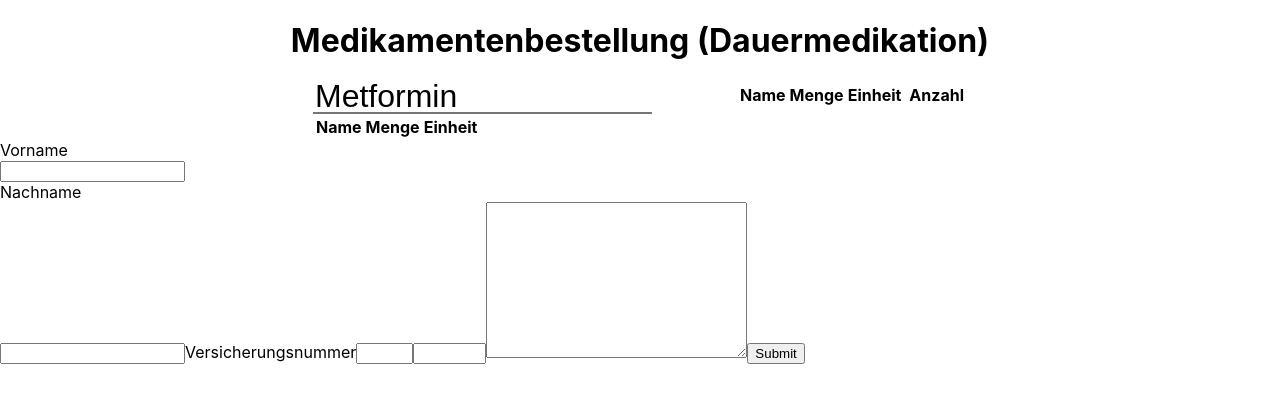
Repository: Esatollah/MedDemo
Page: / (app in client/)
The author's editor kept a copy of each file at every save. The page is drawn from the files as they stood at one save, then again after the next save.
The browser window is 1280 px wide. The pictures show the whole page.
The page's requests for data from a server got no answer. The project was rebuilt for these pictures with package versions that can differ from the ones it lists, and the page was loaded fresh each time. No one was signed in, and anything a server would have sent is missing. Also part of the build but not shown: client/src/App.css, client/src/Routes/Bestellungen.jsx.

Above is the page before, as saved 2022-06-07 15:42:44.

### client/src/App.js
import './App.css';
import SearchBar from './Routes/Search';
import {BrowserRouter, Routes, Route} from 'react-router-dom'
import Bestellungen from './Routes/Bestellungen';


function App() {
  return (
    <BrowserRouter>
    <Routes>
      <Route path='/' element={<div><SearchBar/></div>}/>
      <Route path='/bestellungen' element={<div><Bestellungen/></div>}/>
    </Routes>
    </BrowserRouter>
  );
}

export default App;

### client/src/Routes/Search.jsx
import React, { useState, useEffect } from 'react'
import DrugAPI from '../api/DrugAPI';
import Form from '../components/Form';
// import Cart from './Cart';
import './Search.css'


const Search = () => {
  const [searchinput, setSearchinput] = useState("Metformin");
  const [drugs, setDrugs] = useState([]);
  const [cartitems, setCartitems] = useState([]);

  // add loading screen, maybe with loading while drugs empty
  useEffect(() => {
    const fetchData = async () => {
      try {
        const result = await DrugAPI.get(`/?drugsearch=${searchinput}`)
        setDrugs(result.data.meds)
      } catch (err) {
        console.error(err);
      }
    }

    fetchData();

  }, [searchinput])

  const handleDrugClick = (e, x) => {
    const is_in_cart = cartitems.some(y => {
      if (y.id === x.id) {
        return true;
      }

      return false;
    })

    if (is_in_cart) {
      return
    }
    let temp = { ...x, anzahl: "1" }
    setCartitems([...cartitems, temp]);
  }

  const handleDelete = (e, x, index) => {
    let temp = [...cartitems]

    temp.splice(index, 1);

    setCartitems(temp);
  }

  const handleCountchange = (e, x, index) => {
    let temps = [...cartitems]
    let temp = {
      ...temps[index],
      anzahl: e.target.value
    }
    temps[index] = temp
    setCartitems(temps);

  }


  return (
    <>
      <h1>Medikamentenbestellung (Dauermedikation)</h1>
      <div className='order-box'>
        <div className='search-box'>
          <input type="search" placeholder="Suche" id="okhre" value={searchinput} onChange={e => setSearchinput(e.target.value)} />
          <div className='table-box'>
            <table>
              <thead>
                <tr>
                  <th scope='col'>
                    Name
                  </th>
                  <th scope='col'>Menge</th>
                  <th scope='col'>Einheit</th>
                  <th scope='col'></th>
                </tr>
              </thead>
              <tbody>
                {drugs && drugs.map((x) => {
                  return (
                    <tr key={x.id} className="drug-row" >
                      <td className={x.name}>{x.name}</td>
                      <td>{x.menge}</td>
                      <td>{x.mengenart}</td>
                      <td><button onClick={(e) => { handleDrugClick(e, x) }}>+</ button></td>
                    </tr>
                  )
                })}
              </tbody>

            </table>
          </div>
        </div>

        <table>
          <thead>
            <tr>
              <th scope='col'>
                Name
              </th>
              <th scope='col'>Menge</th>
              <th scope='col'>Einheit</th>
              <th scope='col'></th>
              <th scope='col'>Anzahl</th>
            </tr>
          </thead>
          <tbody>
            {cartitems && cartitems.map((x, index) => {
              if (x.abgabezahl) {
                return (
                  <tr key={index} className="drug-row" >
                    <td>{x.name}</td>
                    <td>{x.menge}</td>
                    <td>{x.mengenart}</td>
                    <td><button onClick={(e) => handleDelete(e, x, index)}>-</button></td>
                    <td><select onChange={(e) => { handleCountchange(e, x, index) }}><option value="1">1</option><option value="2">2</option></select></td>
                  </tr>
                )
              }
              return (
                <tr key={index} className="drug-row" >
                  <td>{x.name}</td>
                  <td>{x.menge}</td>
                  <td>{x.mengenart}</td>
                  <td><button onClick={(e) => handleDelete(e, x, index)}>-</button></td>
                  <td>1</td>
                </tr>
              )
            })}
          </tbody>
        </ table>
      </div>

      <Form cartitems={cartitems} setCartitems={setCartitems} />
    </>
  )
}

export default Search

### client/src/api/DrugAPI.js
import axios from 'axios'

export default axios.create({
    baseURL: "http://localhost:5000/api"
})

### client/src/components/Form.jsx
import React, {useState}from 'react'
import DrugAPI from '../api/DrugAPI'

const Form = props => {

    const [fname, setFname] = useState('');
    const [lname, setLname] = useState('');
    const [vpin, setVpin] = useState('');
    const [vbday, setVbday] = useState('');
    const [anmerkungen, setAnmerkungen] = useState('');

    const handleSubmit = (e) => {

        e.preventDefault();
        const formdata = {
            fname,
            lname,
            vpin,
            vbday,
            anmerkungen
        }

        const fetchData = async () =>{
            try {
            await DrugAPI.post("/", {drugs:{...props.cartitems}, ...formdata})
            } catch (error) {
                console.error(error);
            }
    }

    fetchData();

    setFname('');setLname('');setVpin('');setVbday('');setAnmerkungen('');
    props.setCartitems([]);

}


  return (
    <div>
        <form onSubmit={(e) =>handleSubmit(e)}>
            <label htmlFor="fname">Vorname</label><br/>
            <input type="text" value={fname} id="fname" name="fname" onChange={(e)=> setFname(e.target.value)}required/><br/>
            <label htmlFor="lname">Nachname</label><br />
            <input type="text" id="lname" value={lname} onChange={(e) => setLname(e.target.value)}name="lname" required />
            <label htmlFor="pin">Versicherungsnummer</label>
            <input type="text" id="pin" value={vpin} onChange={(e) => setVpin(e.target.value)} name="pin" size="4" minLength="4"maxLength="4" required/>
            <input type="text" id="bday" value={vbday} onChange={(e) => setVbday(e.target.value)} name="bday" size="6" minLength={6} maxLength={6} required/>
            <textarea value={anmerkungen} onChange={(e) => setAnmerkungen(e.target.value)} name="message" rows="10" cols="30">
            </textarea>
            <input type="submit" value="Submit" ></input><br />
        </form>
    </div>

  )
}

export default Form

### client/src/Routes/Search.css
#okhre {
    width:80%;
    height: 2rem;
    outline:none;
    border-top: hidden;
    border-right: hidden;
    border-left: hidden;
    font-size: 2rem;
}

.table-box {
    max-height: 200px;
    max-width: 80%;
    min-width:80%;
    overflow-y: auto;
}

h1 {
    display:flex;
    justify-content: center;
}

.order-box {
    display: flex;
    justify-content: center;
}

.search-box {
    max-width:50%;
}

.drug-row:hover {
    background-color: beige;
}

Loaded but not shown: client/public/index.html (common file); client/src/index.js (common file); client/src/index.css (common file)

After the next save:
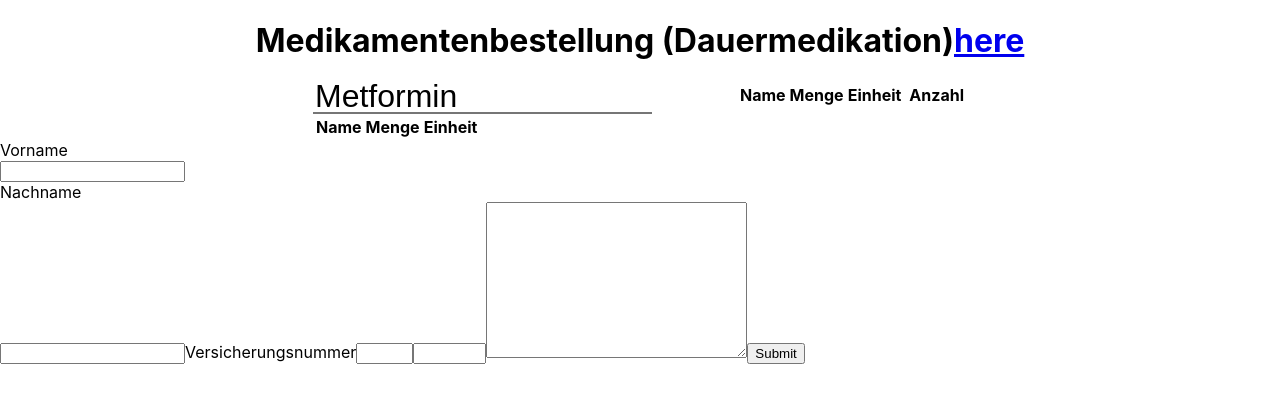
Saved 14 s later.
--- a/client/src/Routes/Search.jsx
+++ b/client/src/Routes/Search.jsx
@@ -1,4 +1,4 @@
-import React, { useState, useEffect } from 'react'
+import React, {useState, useEffect} from 'react'
 import DrugAPI from '../api/DrugAPI';
 import Form from '../components/Form';
 // import Cart from './Cart';
@@ -27,17 +27,18 @@ const Search = () => {
 
   const handleDrugClick = (e, x) => {
     const is_in_cart = cartitems.some(y => {
-      if (y.id === x.id) {
+      if(y.id === x.id)
+      {
         return true;
       }
 
       return false;
     })
 
-    if (is_in_cart) {
+    if(is_in_cart) {
       return
     }
-    let temp = { ...x, anzahl: "1" }
+    let temp = {...x, anzahl:"1"}
     setCartitems([...cartitems, temp]);
   }
 
@@ -53,7 +54,7 @@ const Search = () => {
     let temps = [...cartitems]
     let temp = {
       ...temps[index],
-      anzahl: e.target.value
+      anzahl:e.target.value
     }
     temps[index] = temp
     setCartitems(temps);
@@ -63,37 +64,37 @@ const Search = () => {
 
   return (
     <>
-      <h1>Medikamentenbestellung (Dauermedikation)</h1>
-      <div className='order-box'>
-        <div className='search-box'>
-          <input type="search" placeholder="Suche" id="okhre" value={searchinput} onChange={e => setSearchinput(e.target.value)} />
-          <div className='table-box'>
-            <table>
-              <thead>
-                <tr>
-                  <th scope='col'>
-                    Name
-                  </th>
-                  <th scope='col'>Menge</th>
-                  <th scope='col'>Einheit</th>
-                  <th scope='col'></th>
+        <h1>Medikamentenbestellung (Dauermedikation)<a href='/bestellungen'> here</a></h1>
+        <div className='order-box'>
+<div className='search-box'>
+        <input type="search" placeholder="Suche" id="okhre" value={searchinput} onChange={e => setSearchinput(e.target.value)}/>
+        <div className='table-box'>
+        <table>
+          <thead>
+            <tr>
+              <th scope='col'>
+                Name
+              </th>
+              <th scope='col'>Menge</th>
+              <th scope='col'>Einheit</th>
+              <th scope='col'></th>
+            </tr>
+          </thead>
+          <tbody>
+            {drugs && drugs.map((x) => {
+              return (
+                <tr key={x.id} className="drug-row" >
+                <td className={x.name}>{x.name}</td>
+                <td>{x.menge}</td>
+                <td>{x.mengenart}</td>
+                <td><button onClick={(e) => {handleDrugClick(e, x)}}>+</ button></td>
                 </tr>
-              </thead>
-              <tbody>
-                {drugs && drugs.map((x) => {
-                  return (
-                    <tr key={x.id} className="drug-row" >
-                      <td className={x.name}>{x.name}</td>
-                      <td>{x.menge}</td>
-                      <td>{x.mengenart}</td>
-                      <td><button onClick={(e) => { handleDrugClick(e, x) }}>+</ button></td>
-                    </tr>
-                  )
-                })}
-              </tbody>
+              )
+            })}
+          </tbody>
 
-            </table>
-          </div>
+        </table>
+</div>
         </div>
 
         <table>
@@ -110,34 +111,34 @@ const Search = () => {
           </thead>
           <tbody>
             {cartitems && cartitems.map((x, index) => {
-              if (x.abgabezahl) {
-                return (
-                  <tr key={index} className="drug-row" >
-                    <td>{x.name}</td>
-                    <td>{x.menge}</td>
-                    <td>{x.mengenart}</td>
-                    <td><button onClick={(e) => handleDelete(e, x, index)}>-</button></td>
-                    <td><select onChange={(e) => { handleCountchange(e, x, index) }}><option value="1">1</option><option value="2">2</option></select></td>
-                  </tr>
-                )
+              if(x.abgabezahl){
+              return (
+                <tr key={index} className="drug-row" >
+                <td>{x.name}</td>
+                <td>{x.menge}</td>
+                <td>{x.mengenart}</td>
+                <td><button onClick={(e) => handleDelete(e,x,index)}>-</button></td>
+                <td><select onChange={(e)=>{handleCountchange(e,x,index)}}><option value="1">1</option><option value="2">2</option></select></td>
+                </tr>
+              )
               }
               return (
                 <tr key={index} className="drug-row" >
-                  <td>{x.name}</td>
-                  <td>{x.menge}</td>
-                  <td>{x.mengenart}</td>
-                  <td><button onClick={(e) => handleDelete(e, x, index)}>-</button></td>
-                  <td>1</td>
+                <td>{x.name}</td>
+                <td>{x.menge}</td>
+                <td>{x.mengenart}</td>
+                <td><button onClick={(e) => handleDelete(e,x,index)}>-</button></td>
+                <td>1</td>
                 </tr>
               )
             })}
           </tbody>
         </ table>
-      </div>
+        </div>
 
-      <Form cartitems={cartitems} setCartitems={setCartitems} />
+        <Form cartitems={cartitems} setCartitems={setCartitems}/>
     </>
-  )
+    )
 }
 
 export default Search
